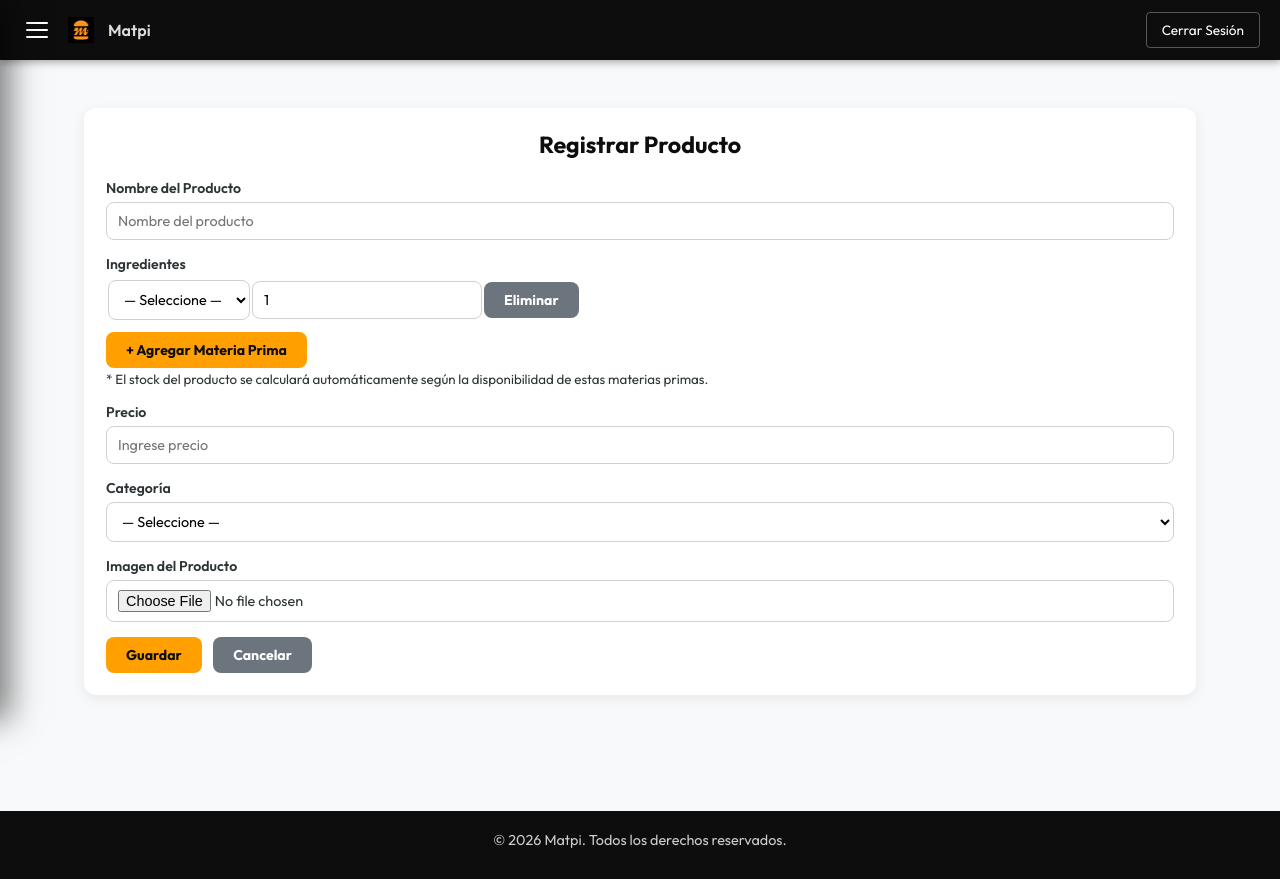
Repository: JuanFelipeNieto/MATPI-Python
Page: MATPI/productos/templates/productos/registrar.html
These files come from the project's save history. The page is drawn as it stood at one moment and after the next save; the edit follows.
The browser window is 1280 px wide. The pictures show the whole page.
The template is drawn by Django 5.2. The application's start-up code is not run. The template is opened directly, without the code that normally fills it, so the values that code supplies are empty.

Above is the page before, as saved 2026-03-17 18:50:02.

After the next save:
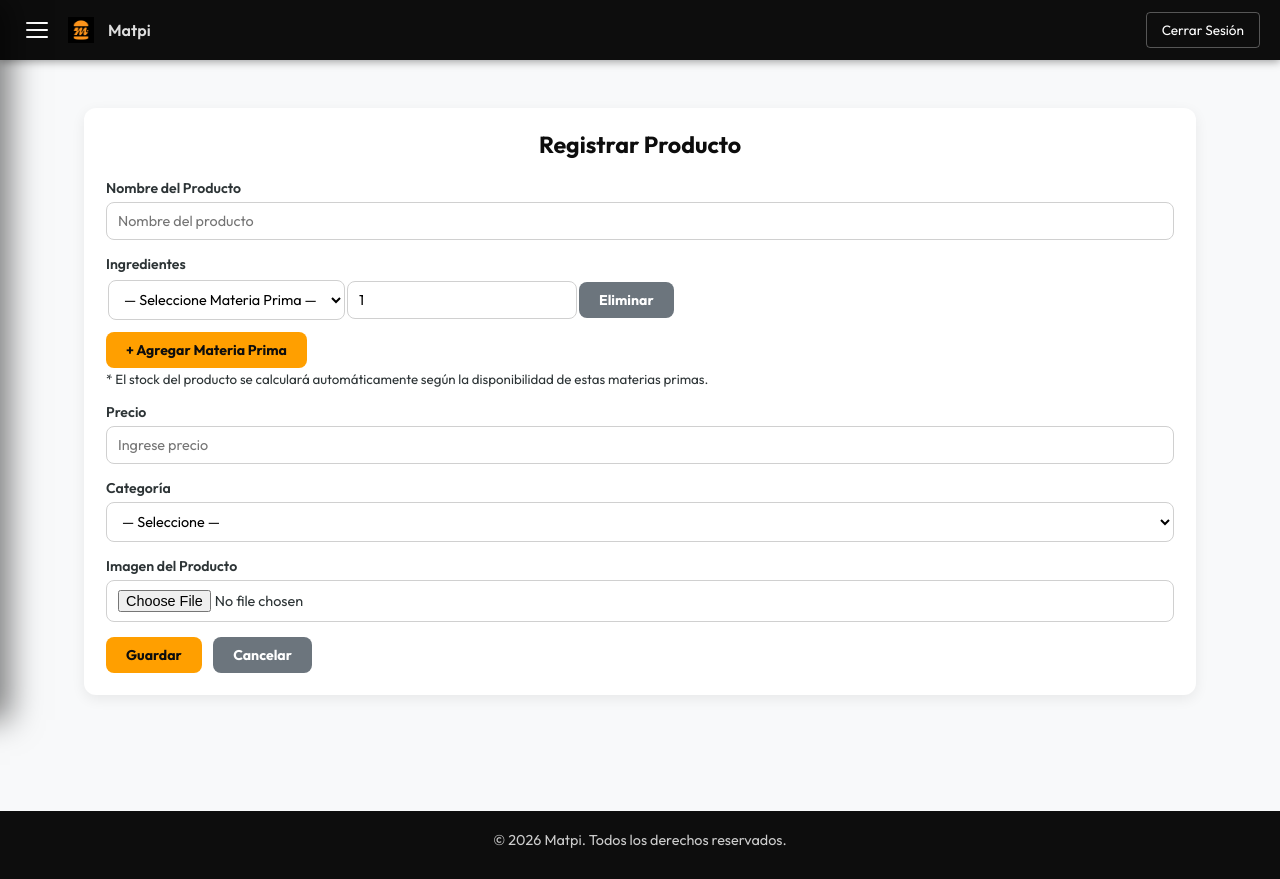
Saved 7 s later.
--- a/MATPI/productos/templates/productos/registrar.html
+++ b/MATPI/productos/templates/productos/registrar.html
@@ -25,7 +25,7 @@
                         <tr class="fila-materia">
                             <td>
                                 <select name="materia_id[]" class="form-control" required>
-                                    <option value="">— Seleccione  —</option>
+                                    <option value="">— Seleccione Materia Prima —</option>
                                     {% for materia in materias_primas %}
                                         <option value="{{ materia.id }}">{{ materia.nombre_materia_prima }} ({{ materia.unidad_medida }})</option>
                                     {% endfor %}
